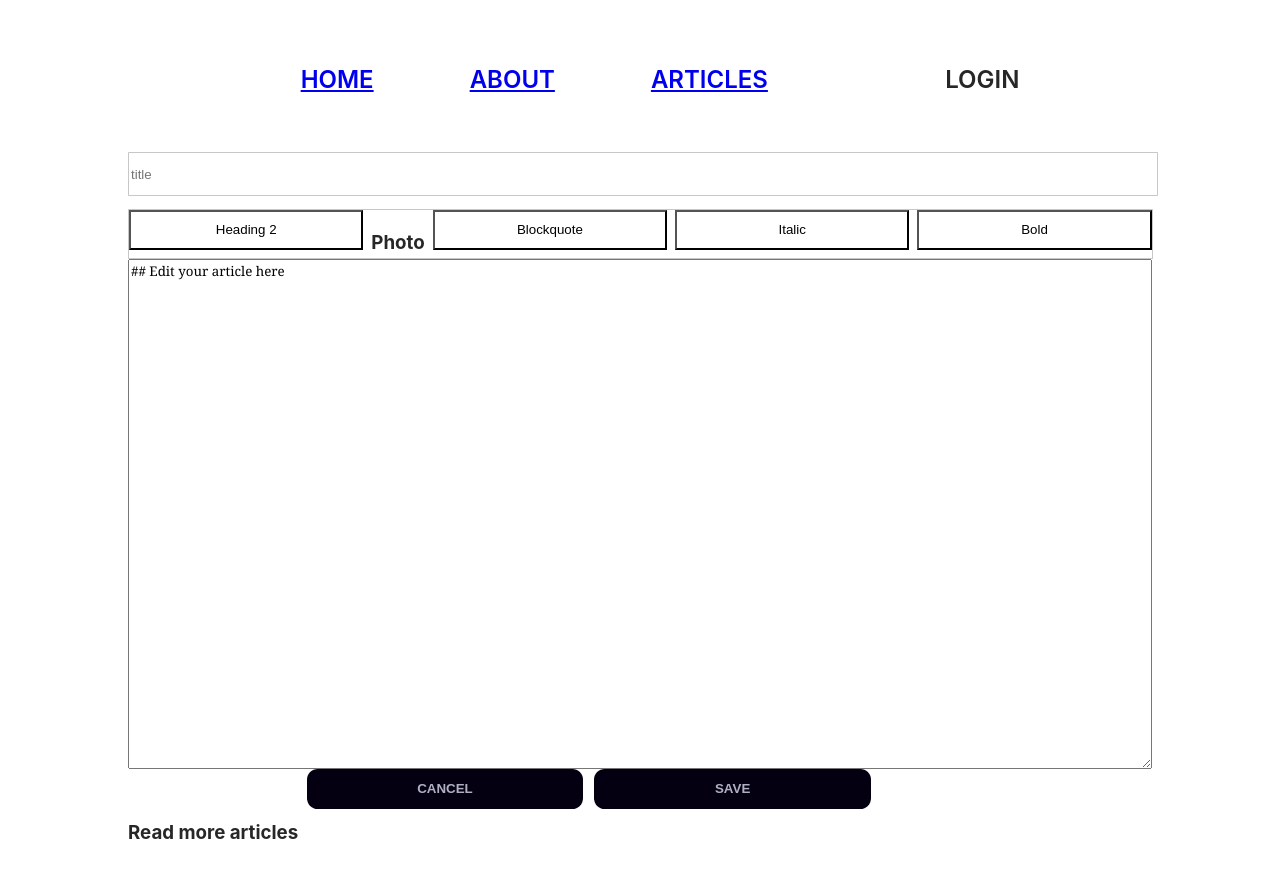
Repository: ValGrace/-static-site
Page: /articles (app in client/)
The author's editor kept a copy of each file at every save. The page is drawn from the files as they stood at one save, then again after the next save.
The browser window is 1280 px wide. The pictures show the whole page.
The project was rebuilt for these pictures with package versions that can differ from the ones it lists, and the page was loaded fresh each time. Also part of the build but not shown: client/vite.config.js, client/src/Utils/appwrite.js, client/src/Components/Login.jsx, client/src/Components/Signup.jsx, client/src/Components/HomeSection.jsx, client/src/Components/TopSection.jsx, client/src/MdFiles/MdFileContext.js, client/src/Pages/HomePage.jsx and 1 more.

Above is the page before, as saved 2023-06-22 11:40:37.

After the next save:
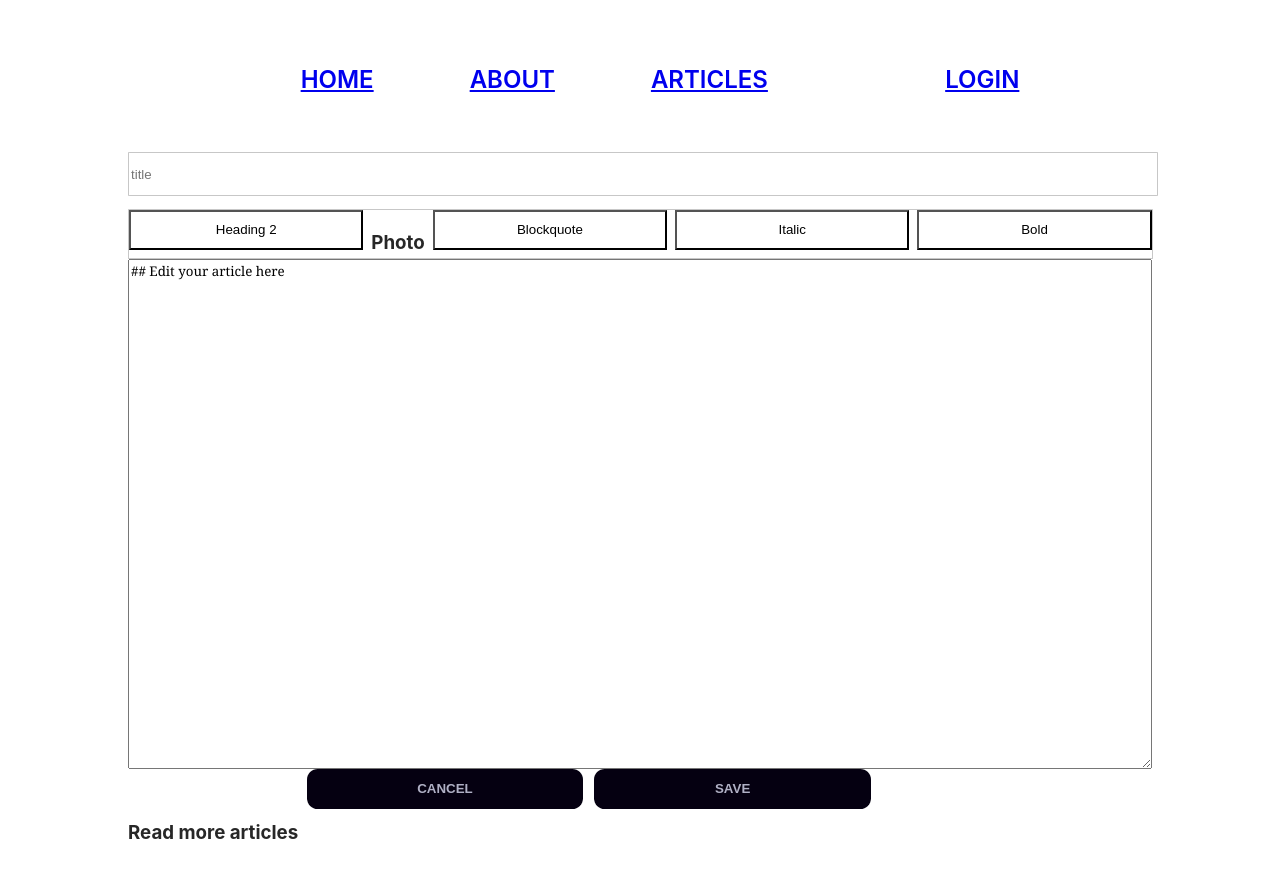
Saved 39 min 46 s later.
--- a/client/src/Components/Navbar.jsx
+++ b/client/src/Components/Navbar.jsx
@@ -25,12 +25,12 @@ const Navbar = () => {
 
         <nav id="pages">
         <ul>
-                <Link to="/home"><li>home</li></Link>
+                <Link to="/"><li>home</li></Link>
                 <Link to="/about"><li>about</li></Link>
                 <Link to="/articles"><li>articles</li></Link>
             </ul>
             <ul>
-                <li>Login</li>
+                <li><Link to="/login">Login</Link></li>
             </ul>
 
 </nav>
